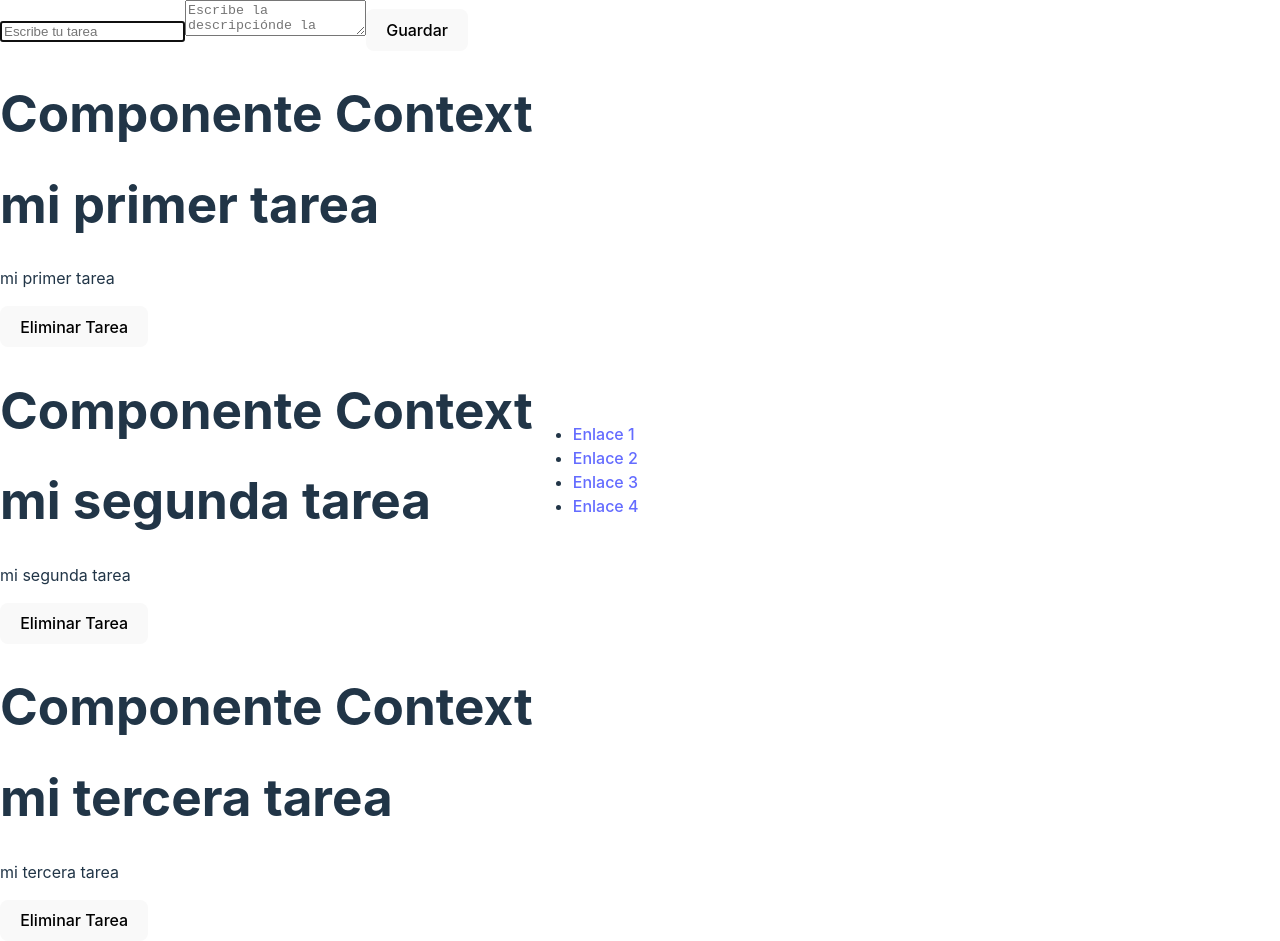
Repository: Ciromontes/AgendaTuTarea
Page: /
The author's editor kept a copy of each file at every save. The page is drawn from the files as they stood at one save, then again after the next save.
The browser window is 1280 px wide. The pictures show the whole page.
The project was rebuilt for these pictures with package versions that can differ from the ones it lists, and the page was loaded fresh each time. Also part of the build but not shown: vite.config.js.

Above is the page before, as saved 2023-09-18 17:45:49.

After the next save:
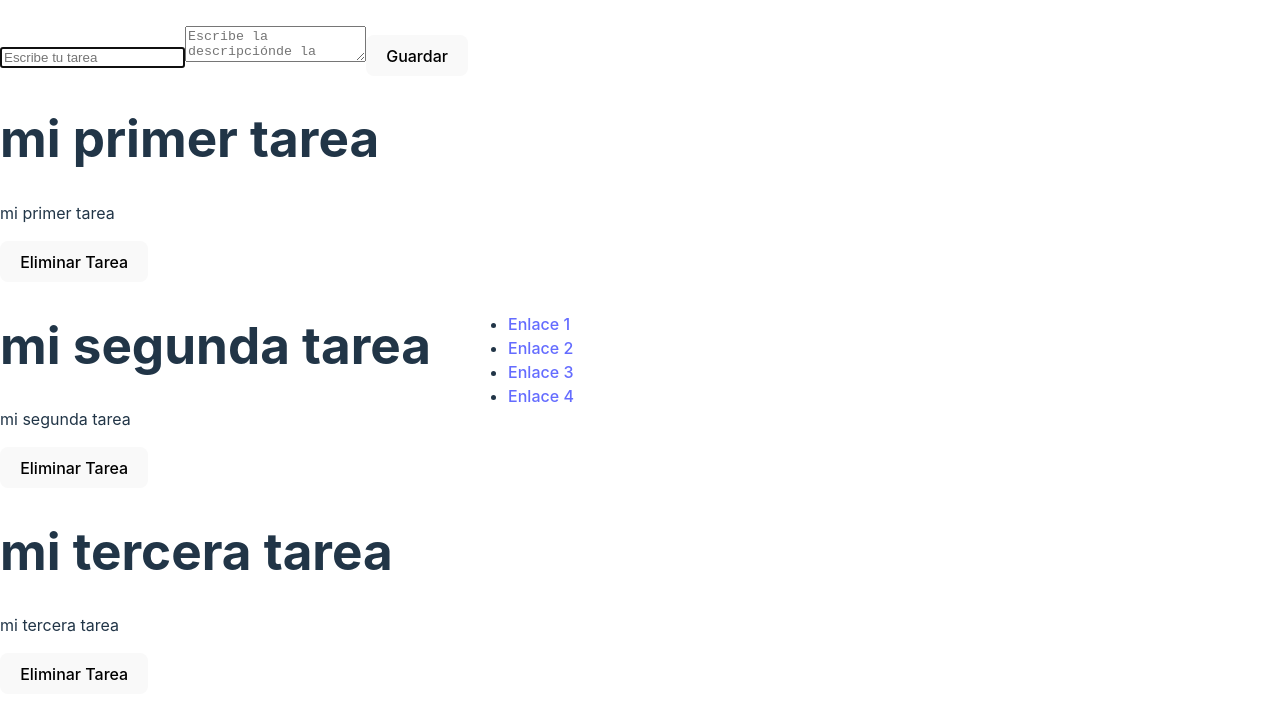
Saved 2 min 22 s later.
--- a/src/components/TaskCard.jsx
+++ b/src/components/TaskCard.jsx
@@ -1,7 +1,6 @@
-import TaskContext from '../context/TaskContext'
 function TaskCard({ task, deleteTask }) {
     return (
-        <TaskContext>
+
         <div>
             <h1>{task.title}</h1>
             <p>{task.description}</p>
@@ -9,7 +8,7 @@ function TaskCard({ task, deleteTask }) {
                 Eliminar Tarea
             </button>
         </div>
-        </TaskContext>
+
     );
 }
 
